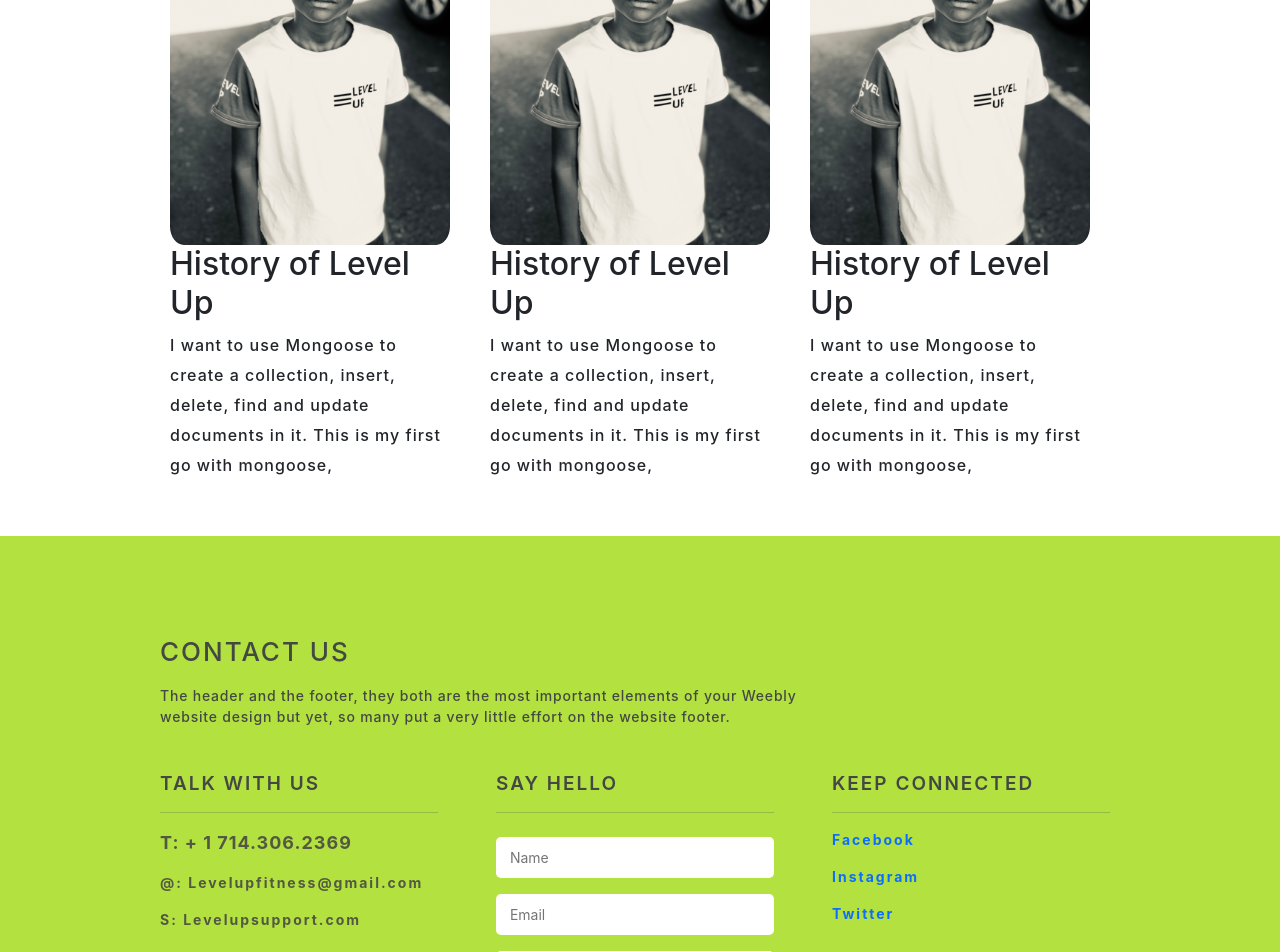
Repository: Bojurie/Level-up
Page: /about (app in client/)
The author's editor kept a copy of each file at every save. The page is drawn from the files as they stood at one save, then again after the next save.
The browser window is 1280 px wide. The pictures show the part of the page from y = 608 to 1560 px (the page is 1901 px tall before and 1921 px after).
Some web fonts or font styles are not loaded; a fallback is used. Some web libraries are served in a nearby version. The project was rebuilt for these pictures with package versions that can differ from the ones it lists, and the page was loaded fresh each time. Also part of the build but not shown: client/src/components/Carousel.js, client/src/components/HomeVlog.css, client/src/components/HomeVlog.js, client/src/components/homeProducts.css, client/src/components/HomeProducts.js, client/src/components/Card.js, client/src/components/HomeShop.css, client/src/components/HomeShop.js and 10 more. Imported but missing from the stored project, and not drawn on this page: client/src/components/Chart.

Above is the page before, as saved 2022-11-30 16:07:12.

After the next save:
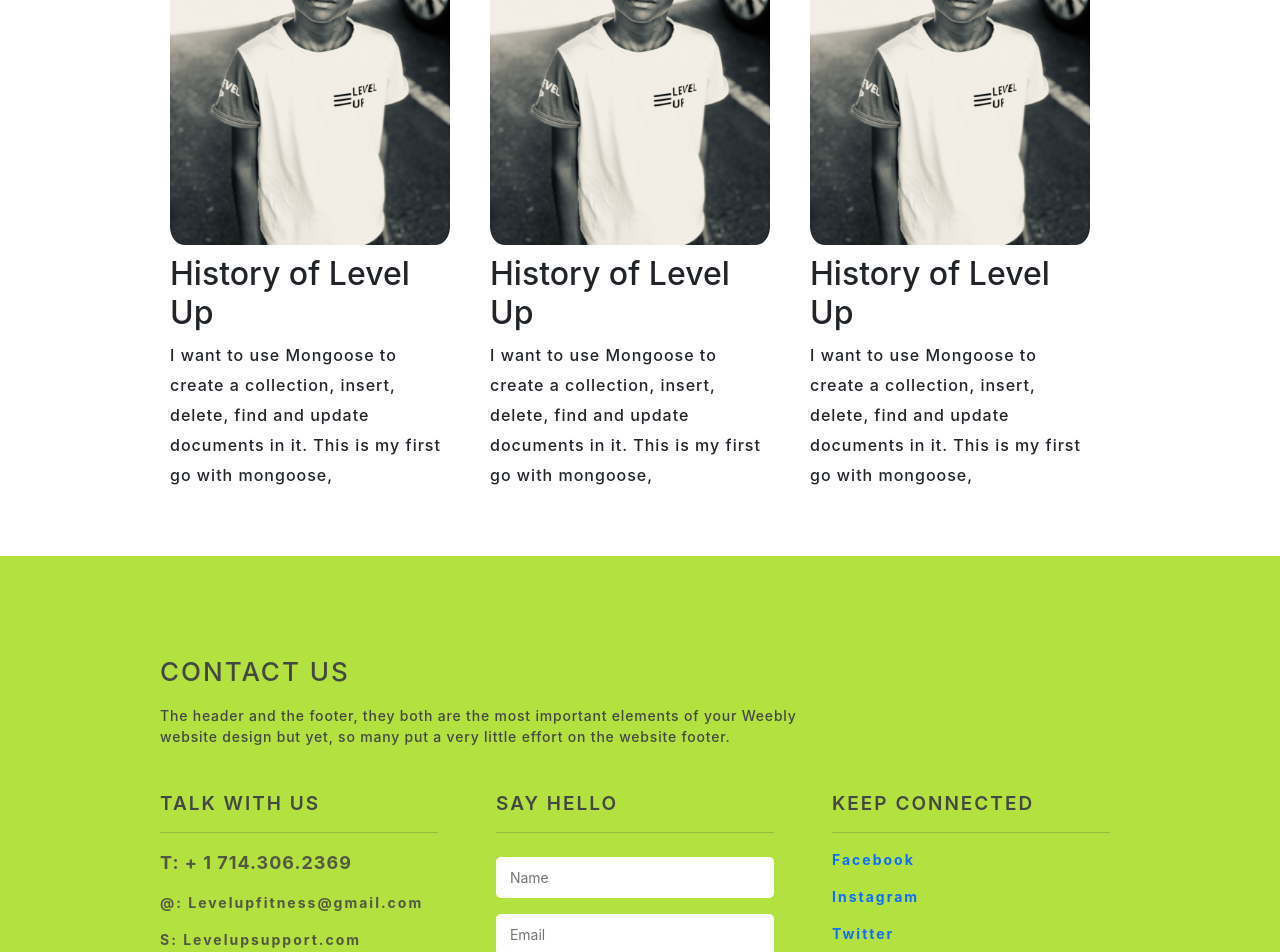
Saved 42 s later.
--- a/client/src/pages/About.css
+++ b/client/src/pages/About.css
@@ -36,3 +36,7 @@
 
 .history-img {
 }
+
+.history-content {
+  padding: 10px 0;
+}
